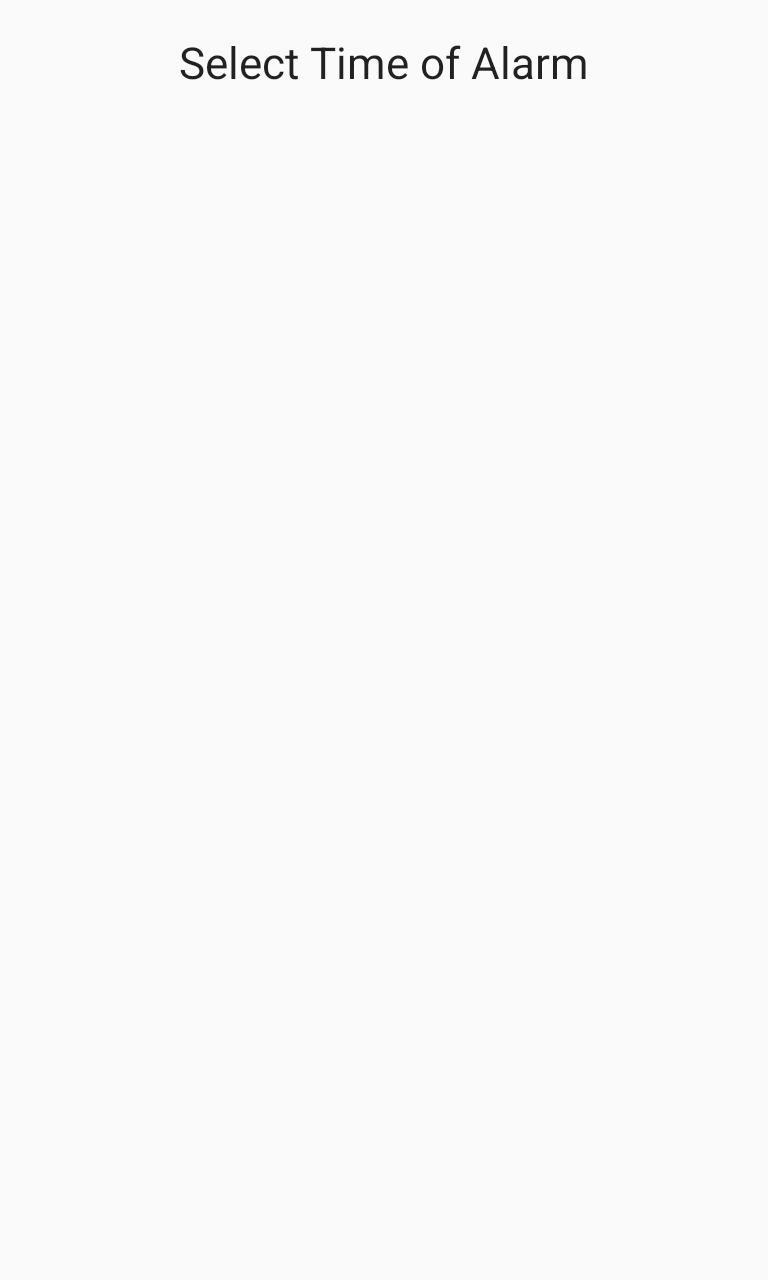
Repository: japheth-starita/SavingsApp
Layout: SavingsApp/res/layout/activity_time_pref.xml
These files come from the project's save history. The layout is drawn as it stood at one moment and after the next save; the edit follows.
It is drawn on a 768 x 1280 px phone screen (xhdpi) without system bars, with theme AppTheme; the app's code is not run.

Above is the layout before, as saved 2016-02-27 08:14:49.

### SavingsApp/res/layout/activity_time_pref.xml
<RelativeLayout xmlns:android="http://schemas.android.com/apk/res/android"
    xmlns:tools="http://schemas.android.com/tools"
    android:layout_width="match_parent"
    android:layout_height="match_parent"
    android:paddingBottom="@dimen/activity_vertical_margin"
    android:paddingLeft="@dimen/activity_horizontal_margin"
    android:paddingRight="@dimen/activity_horizontal_margin"
    android:paddingTop="@dimen/activity_vertical_margin"
    tools:context="com.cobaltsteel.savingsapp.TimePrefActivity" >

    <TextView
        android:id="@+id/lblAlarmTime"
        android:layout_width="wrap_content"
        android:layout_height="wrap_content"
        android:layout_alignParentTop="true"
        android:layout_centerHorizontal="true"
        android:text="Select Time of Alarm"
        android:textAppearance="?android:attr/textAppearanceLarge" />

</RelativeLayout>

Loaded but not shown: SavingsApp/res/values/styles.xml (common file); SavingsApp/res/values-v11/styles.xml (common file); SavingsApp/res/values-v14/styles.xml (common file); SavingsApp/res/values/dimens.xml (common file); SavingsApp/res/values-w820dp/dimens.xml (common file)

After the next save:
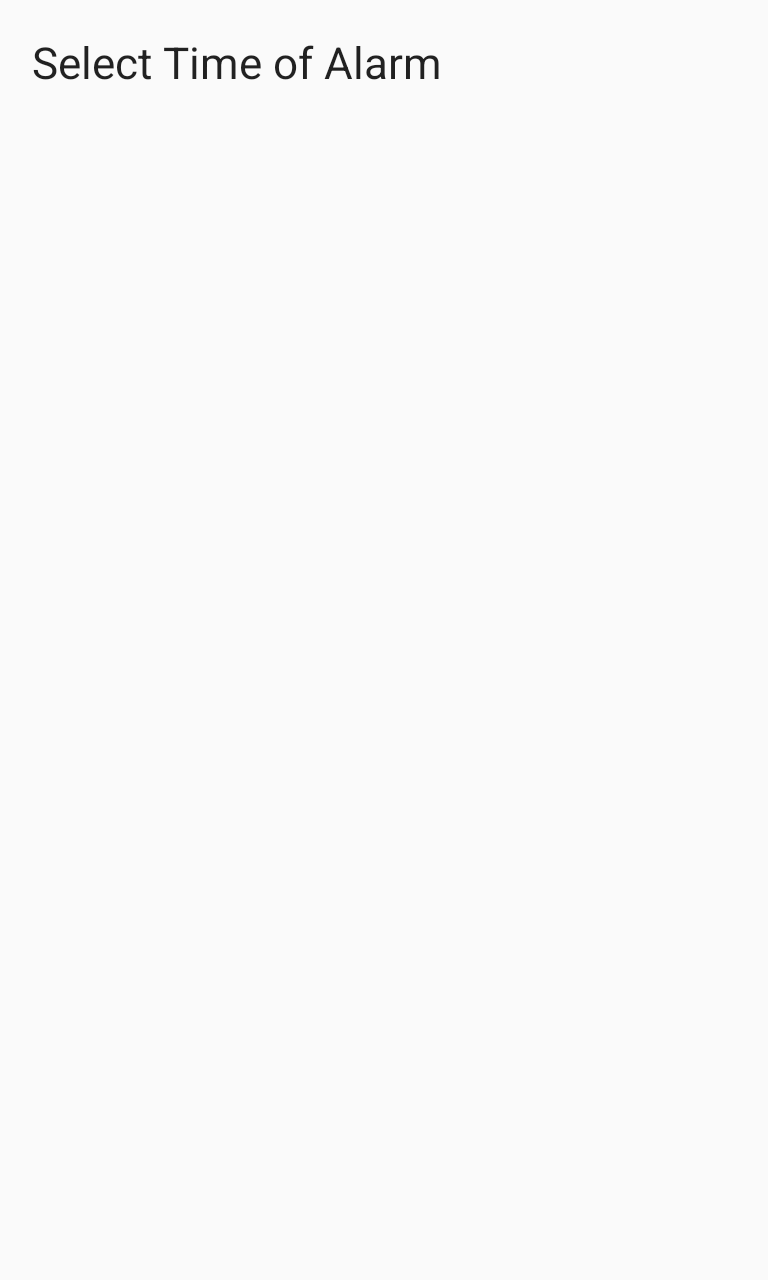
Saved 4 s later.
--- a/SavingsApp/res/layout/activity_time_pref.xml
+++ b/SavingsApp/res/layout/activity_time_pref.xml
@@ -13,7 +13,6 @@
         android:layout_width="wrap_content"
         android:layout_height="wrap_content"
         android:layout_alignParentTop="true"
-        android:layout_centerHorizontal="true"
         android:text="Select Time of Alarm"
         android:textAppearance="?android:attr/textAppearanceLarge" />
 
